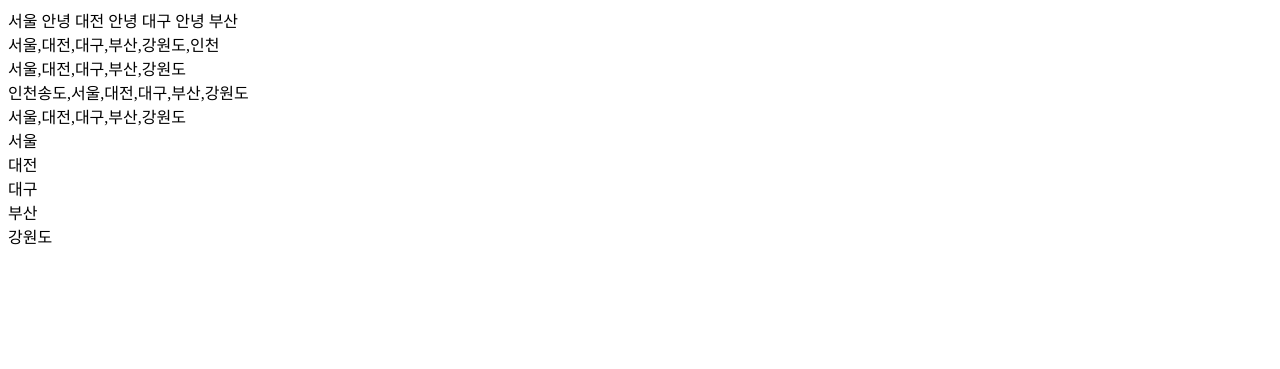
Repository: hangilyon/allJSPStudy
Page: javascript/ex05.html
These files come from the project's save history. The page is drawn as it stood at one moment and after the next save; the edit follows.
The browser window is 1280 px wide. The pictures show the whole page.

Above is the page before, as saved 2021-10-14 07:04:34.

### javascript/ex05.html
<!DOCTYPE html>
<html>
<head>
<meta charset="UTF-8">
<title>ex05</title>

</head>
<body>
<script type="text/javascript">
	var city = ['서울','대전','대구','부산',]
	// join : 배열의 중간에 값 추가
	var joindata1 = city.join(' 안녕 ')
	document.write( joindata1 +'<br>')

	// push : 제일 뒤에 추가
	city.push('강원도','인천')
	document.write( city )
	// pop : 제일 뒤의 값 삭제
	city.pop()
	document.write('<br>'+ city )
	// unshift : 제일 앞쪽에 추가
	city.unshift('인천송도')
	document.write('<br>'+ city )
	// shift : 제일 앞쪽값 삭제
	city.shift()
	document.write('<br>'+city+"<br>")

	for(i=0;i<city.length;i++){
		document.write(city[i]+'<br>')
	}
</script>
</body>
</html>

After the next save:
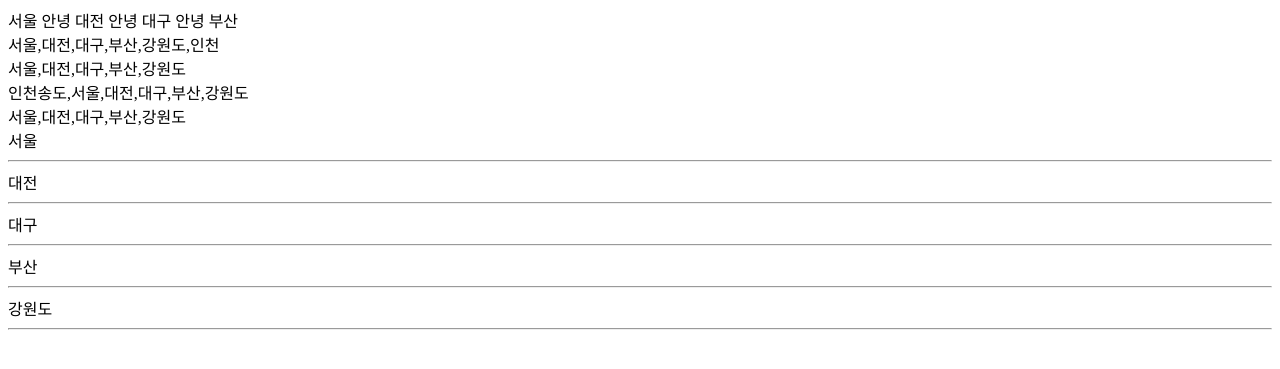
Saved 7 s later.
--- a/javascript/ex05.html
+++ b/javascript/ex05.html
@@ -26,7 +26,7 @@
 	document.write('<br>'+city+"<br>")
 
 	for(i=0;i<city.length;i++){
-		document.write(city[i]+'<br>')
+		document.write(city[i]+'<hr>')
 	}
 </script>
 </body>
